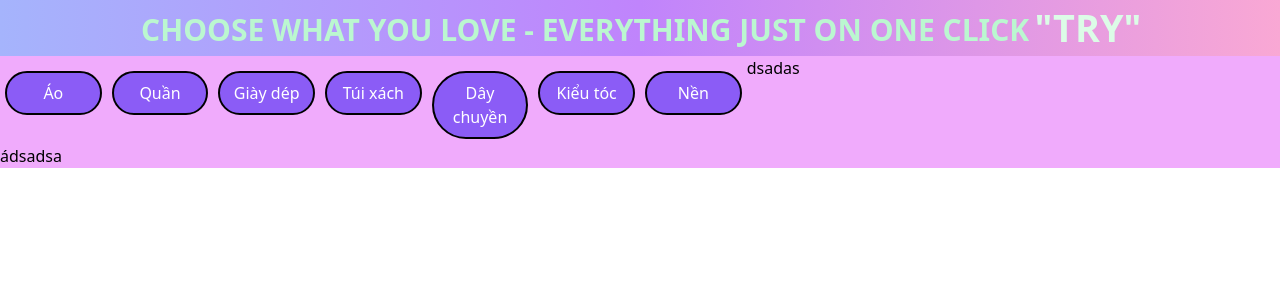
Repository: NguyenVietPhuQuy/ReactJs-TailWind-Redux-FunctionHook-ModelDesign
Page: / (app in modeldesign/)
The author's editor kept a copy of each file at every save. The page is drawn from the files as they stood at one save, then again after the next save.
The browser window is 1280 px wide. The pictures show the whole page.
The project was rebuilt for these pictures with package versions that can differ from the ones it lists, and the page was loaded fresh each time. Also part of the build but not shown: modeldesign/src/App.css.

Above is the page before, as saved 2022-11-17 13:41:28.

### modeldesign/public/index.html
<!DOCTYPE html>
<html lang="en">
  <head>
    <meta charset="utf-8" />
    <link rel="icon" href="%PUBLIC_URL%/favicon.ico" />
    <meta name="viewport" content="width=device-width, initial-scale=1" />
    <meta name="theme-color" content="#000000" />
    <meta
      name="description"
      content="Web site created using create-react-app"
    />
    <!--bootstrap-->
    <link rel="stylesheet" href="https://cdnjs.cloudflare.com/ajax/libs/bootstrap/5.2.2/js/bootstrap.min.js">
    <link rel="apple-touch-icon" href="%PUBLIC_URL%/logo192.png" />
    <!--
      manifest.json provides metadata used when your web app is installed on a
      user's mobile device or desktop. See https://developers.google.com/web/fundamentals/web-app-manifest/
    -->
    <link rel="manifest" href="%PUBLIC_URL%/manifest.json" />
    <!--
      Notice the use of %PUBLIC_URL% in the tags above.
      It will be replaced with the URL of the `public` folder during the build.
      Only files inside the `public` folder can be referenced from the HTML.

      Unlike "/favicon.ico" or "favicon.ico", "%PUBLIC_URL%/favicon.ico" will
      work correctly both with client-side routing and a non-root public URL.
      Learn how to configure a non-root public URL by running `npm run build`.
    -->
    <title>React App</title>
  </head>
  <body>
    <noscript>You need to enable JavaScript to run this app.</noscript>
    <div id="root"></div>
    <!--
      This HTML file is a template.
      If you open it directly in the browser, you will see an empty page.

      You can add webfonts, meta tags, or analytics to this file.
      The build step will place the bundled scripts into the <body> tag.

      To begin the development, run `npm start` or `yarn start`.
      To create a production bundle, use `npm run build` or `yarn build`.
    -->
  </body>
</html>

### modeldesign/src/index.js
import React from 'react';
import ReactDOM from 'react-dom/client';
import './index.css';
import App from './App';
import reportWebVitals from './reportWebVitals';
import {Provider} from 'react-redux'
import store from './Components/Reducer/Store';
const root = ReactDOM.createRoot(document.getElementById('root'));
root.render(
  <React.StrictMode>
    <Provider store ={store}>
    <App/>
    </Provider>
  </React.StrictMode>
);

// If you want to start measuring performance in your app, pass a function
// to log results (for example: reportWebVitals(console.log))
// or send to an analytics endpoint. Learn more: https://bit.ly/CRA-vitals
reportWebVitals();

### modeldesign/src/App.js
import React from 'react';
import './App.css';
import Home from './Components/Home.js'
function App() {
  return (
    <div>
      <Home/>
    </div>
  );
}

export default App;

### modeldesign/src/Components/Reducer/Store.js
import {createStore} from "redux"
import rootReducer from "./RootReducer"

const store = createStore(rootReducer,window.__REDUX_DEVTOOLS_EXTENSION__ && window.__REDUX_DEVTOOLS_EXTENSION__())
export default store

### modeldesign/src/Components/Home.js
import React from "react";
import Header from './Header.js'
import Category from "./Category.js";
import ProductList from "./ProductList.js";
import Model from "./Model.js";
function Home() {
    return (
        <div className="container mx-auto relative bg-fuchsia-300">
            <section className=
            " bg-gradient-to-r from-indigo-300 via-purple-400 to-pink-300 w-full ring-2 ring-transparent">
                    <Header/>
            </section>
            <section className="main flex flex-row">
                <div className="basis-7/12">
                    <Category/>
                    <ProductList/>
                </div>
                <div className="basis-5/12">
                    <Model />
                </div>
            </section>
        </div>
    )
}
export default Home

### modeldesign/src/Components/Reducer/RootReducer.js
import { combineReducers } from "redux";
import ProductReducer from './ProductReducer'
import CategoryReducer from './CategoryReducer'

const RootReducer = combineReducers({
    products: ProductReducer,
    categories: CategoryReducer,

})

export default RootReducer

### modeldesign/src/Components/Header.js
import React from "react";
import 'animate.css'
function Header(){
    return (
        <div className="text-center text-3xl p-2 font-semibold text-green-200 ">
            CHOOSE WHAT YOU LOVE - EVERYTHING JUST ON ONE CLICK <span className="text-green-100 font-bold text-4xl animate__animated animate__pulse animate__infinite inline-block">"TRY" </span>
        </div>
    )
}
export default Header

### modeldesign/src/Components/Category.js
import React from "react";
import { useSelector } from 'react-redux'


function Category(props) {
    const returnValue = useSelector(state => state.categories.category)
    return (
        <div className=" flex flex-row w-full">
            {returnValue.map((item) => {
                return (
                    <div className="w-1/2" style={{marginTop: 10, padding:5}}>
                        <button className="p-2 w-full rounded-full text-white
                         bg-violet-500 hover:bg-violet-600 active:bg-violet-700 focus:outline-none"  style={{ outline:"none",border: "2px solid black"}} >{item.showName}</button>
                    </div>
                )
            })}
        </div>
    )
}

export default Category

### modeldesign/src/Components/ProductList.js
import React from "react";
function ProductList(){
    return(<div>
ádsadsa
    </div>)
}
export default ProductList

### modeldesign/src/Components/Model.js
import React from "react";
function Model(){
    return(<div>
        dsadas
    </div>)
}
export default Model

### modeldesign/src/Components/Reducer/ProductReducer.js

const initialState = {
    product: [{
        id: 'topcloth_1',
        type: "topclothes",
        name: "Top Cloth 1",
        desc: "Lorem ipsum dolor, sit amet consectetur adipisicing elit. Aliquid, nulla.",
        imgSrc_jpg: 'images/clothes/topcloth1_show.jpg',
        imgSrc_png: 'images/clothes/topcloth1.png',
    },
    {
        id: 'topcloth_2',
        type: "topclothes",
        name: "Top Cloth 2",
        desc: "Lorem ipsum dolor, sit amet consectetur adipisicing elit. Aliquid, nulla.",
        imgSrc_jpg: 'images/clothes/topcloth2_show.jpg',
        imgSrc_png: 'images/clothes/topcloth2.png',
    },
    {
        id: 'topcloth_3',
        type: "topclothes",
        name: "Top Cloth 3",
        desc: "Lorem ipsum dolor, sit amet consectetur adipisicing elit. Aliquid, nulla.",
        imgSrc_jpg: 'images/clothes/topcloth3_show.jpg',
        imgSrc_png: 'images/clothes/topcloth3.png',
    },
    {
        id: 'topcloth_4',
        type: "topclothes",
        name: "Top Cloth 4",
        desc: "Lorem ipsum dolor, sit amet consectetur adipisicing elit. Aliquid, nulla.",
        imgSrc_jpg: 'images/clothes/topcloth4_show.jpg',
        imgSrc_png: 'images/clothes/topcloth4.png',
    },
    {
        id: 'topcloth_5',
        type: "topclothes",
        name: "Top Cloth 5",
        desc: "Lorem ipsum dolor, sit amet consectetur adipisicing elit. Aliquid, nulla.",
        imgSrc_jpg: 'images/clothes/topcloth5_show.jpg',
        imgSrc_png: 'images/clothes/topcloth5.png',
    },
    {
        id: 'topcloth_6',
        type: "topclothes",
        name: "Top Cloth ",
        desc: "Lorem ipsum dolor, sit amet consectetur adipisicing elit. Aliquid, nulla.",
        imgSrc_jpg: 'images/clothes/topcloth6_show.jpg',
        imgSrc_png: 'images/clothes/topcloth6.png',
    },

    // Both clothes
    {
        id: 'botcloth_1',
        type: "botclothes",
        name: "Bot Cloth 1",
        desc: "Lorem ipsum dolor, sit amet consectetur adipisicing elit. Aliquid, nulla.",
        imgSrc_jpg: 'images/clothes/botcloth1_show.jpg',
        imgSrc_png: 'images/clothes/botcloth1.png',
    },
    {
        id: 'botcloth_2',
        type: "botclothes",
        name: "Bot Cloth 2",
        desc: "Lorem ipsum dolor, sit amet consectetur adipisicing elit. Aliquid, nulla.",
        imgSrc_jpg: 'images/clothes/botcloth2_show.jpg',
        imgSrc_png: 'images/clothes/botcloth2.png',
    },
    {
        id: 'botcloth_3',
        type: "botclothes",
        name: "Bot Cloth 3",
        desc: "Lorem ipsum dolor, sit amet consectetur adipisicing elit. Aliquid, nulla.",
        imgSrc_jpg: 'images/clothes/botcloth3_show.jpg',
        imgSrc_png: 'images/clothes/botcloth3.png',
    },
    {
        id: 'botcloth_4',
        type: "botclothes",
        name: "Bot Cloth 4",
        desc: "Lorem ipsum dolor, sit amet consectetur adipisicing elit. Aliquid, nulla.",
        imgSrc_jpg: 'images/clothes/botcloth4_show.jpg',
        imgSrc_png: 'images/clothes/botcloth4.png',
    },
    {
        id: 'botcloth_5',
        type: "botclothes",
        name: "Bot Cloth 5",
        desc: "Lorem ipsum dolor, sit amet consectetur adipisicing elit. Aliquid, nulla.",
        imgSrc_jpg: 'images/clothes/botcloth5_show.jpg',
        imgSrc_png: 'images/clothes/botcloth5.png',
    },

    // Shoes
    {
        id: 'shoes_1',
        type: "shoes",
        name: "Shoes 1",
        desc: "Lorem ipsum dolor, sit amet consectetur adipisicing elit. Aliquid, nulla.",
        imgSrc_jpg: 'images/shoes/shoes1_show.jpg',
        imgSrc_png: 'images/shoes/shoes1.png',
    },
    {
        id: 'shoes_2',
        type: "shoes",
        name: "Shoes 2",
        desc: "Lorem ipsum dolor, sit amet consectetur adipisicing elit. Aliquid, nulla.",
        imgSrc_jpg: 'images/shoes/shoes2_show.jpg',
        imgSrc_png: 'images/shoes/shoes2.png',
    },
    {
        id: 'shoes_3',
        type: "shoes",
        name: "Shoes 3",
        desc: "Lorem ipsum dolor, sit amet consectetur adipisicing elit. Aliquid, nulla.",
        imgSrc_jpg: 'images/shoes/shoes3_show.jpg',
        imgSrc_png: 'images/shoes/shoes3.png',
    },
    {
        id: 'shoes_4',
        type: "shoes",
        name: "Shoes 4",
        desc: "Lorem ipsum dolor, sit amet consectetur adipisicing elit. Aliquid, nulla.",
        imgSrc_jpg: 'images/shoes/shoes4_show.jpg',
        imgSrc_png: 'images/shoes/shoes4.png',
    },
    {
        id: 'shoes_5',
        type: "shoes",
        name: "Shoes 5",
        desc: "Lorem ipsum dolor, sit amet consectetur adipisicing elit. Aliquid, nulla.",
        imgSrc_jpg: 'images/shoes/shoes5_show.jpg',
        imgSrc_png: 'images/shoes/shoes5.png',
    },

    // Handbags
    {
        id: 'handbag_1',
        type: "handbags",
        name: "Handbag 1",
        desc: "Lorem ipsum dolor, sit amet consectetur adipisicing elit. Aliquid, nulla.",
        imgSrc_jpg: 'images/handbags/handbag1_show.jpg',
        imgSrc_png: 'images/handbags/handbag1.png',
    },
    {
        id: 'handbag_2',
        type: "handbags",
        name: "Handbag 2",
        desc: "Lorem ipsum dolor, sit amet consectetur adipisicing elit. Aliquid, nulla.",
        imgSrc_jpg: 'images/handbags/handbag2_show.jpg',
        imgSrc_png: 'images/handbags/handbag2.png',
    },
    {
        id: 'handbag_3',
        type: "handbags",
        name: "Handbag 3",
        desc: "Lorem ipsum dolor, sit amet consectetur adipisicing elit. Aliquid, nulla.",
        imgSrc_jpg: 'images/handbags/handbag3_show.jpg',
        imgSrc_png: 'images/handbags/handbag3.png',
    },

    // Necklaces
    {
        id: 'necklace_1',
        type: "necklaces",
        name: "Necklace 1",
        desc: "Lorem ipsum dolor, sit amet consectetur adipisicing elit. Aliquid, nulla.",
        imgSrc_jpg: 'images/necklaces/necklace1_show.jpg',
        imgSrc_png: 'images/necklaces/necklace1.png',
    },
    {
        id: 'necklace_2',
        type: "necklaces",
        name: "Necklace 2",
        desc: "Lorem ipsum dolor, sit amet consectetur adipisicing elit. Aliquid, nulla.",
        imgSrc_jpg: 'images/necklaces/necklace2_show.jpg',
        imgSrc_png: 'images/necklaces/necklace2.png',
    },
    {
        id: 'necklace_3',
        type: "necklaces",
        name: "Necklace 3",
        desc: "Lorem ipsum dolor, sit amet consectetur adipisicing elit. Aliquid, nulla.",
        imgSrc_jpg: 'images/necklaces/necklace3_show.jpg',
        imgSrc_png: 'images/necklaces/necklace3.png',
    },

    // Hairstyle
    {
        id: 'hairstyle_1',
        type: "hairstyle",
        name: "Hairstyle 1",
        desc: "Lorem ipsum dolor, sit amet consectetur adipisicing elit. Aliquid, nulla.",
        imgSrc_jpg: 'images/hairstyle/hairstyle1_show.jpg',
        imgSrc_png: 'images/hairstyle/hairstyle1.png',
    },
    {
        id: 'hairstyle_2',
        type: "hairstyle",
        name: "Hairstyle 2",
        desc: "Lorem ipsum dolor, sit amet consectetur adipisicing elit. Aliquid, nulla.",
        imgSrc_jpg: 'images/hairstyle/hairstyle2_show.jpg',
        imgSrc_png: 'images/hairstyle/hairstyle2.png',
    },
    {
        id: 'hairstyle_3',
        type: "hairstyle",
        name: "Hairstyle 3",
        desc: "Lorem ipsum dolor, sit amet consectetur adipisicing elit. Aliquid, nulla.",
        imgSrc_jpg: 'images/hairstyle/hairstyle3_show.jpg',
        imgSrc_png: 'images/hairstyle/hairstyle3.png',
    },

    // Background
    {
        id: 'background_1',
        type: "background",
        name: "Background 1",
        desc: "Lorem ipsum dolor, sit amet consectetur adipisicing elit. Aliquid, nulla.",
        imgSrc_jpg: 'images/background/background1_show.jpg',
        imgSrc_png: 'images/background/background1.jpg',
    },
    {
        id: 'background_2',
        type: "background",
        name: "Background 2",
        desc: "Lorem ipsum dolor, sit amet consectetur adipisicing elit. Aliquid, nulla.",
        imgSrc_jpg: 'images/background/background2_show.jpg',
        imgSrc_png: 'images/background/background2.jpg',
    },
    {
        id: 'background_3',
        type: "background",
        name: "Background 3",
        desc: "Lorem ipsum dolor, sit amet consectetur adipisicing elit. Aliquid, nulla.",
        imgSrc_jpg: 'images/background/background3_show.jpg',
        imgSrc_png: 'images/background/background3.jpg',
    },
    {
        id: 'background_4',
        type: "background",
        name: "Background 4",
        desc: "Lorem ipsum dolor, sit amet consectetur adipisicing elit. Aliquid, nulla.",
        imgSrc_jpg: 'images/background/background4_show.jpg',
        imgSrc_png: 'images/background/background4.jpg',
    },
    {
        id: 'background_5',
        type: "background",
        name: "Background 5",
        desc: "Lorem ipsum dolor, sit amet consectetur adipisicing elit. Aliquid, nulla.",
        imgSrc_jpg: 'images/background/background5_show.jpg',
        imgSrc_png: 'images/background/background5.jpg',
    },
    {
        id: 'background_6',
        type: "background",
        name: "Background 6",
        desc: "Lorem ipsum dolor, sit amet consectetur adipisicing elit. Aliquid, nulla.",
        imgSrc_jpg: 'images/background/background6_show.jpg',
        imgSrc_png: 'images/background/background6.jpg',
    },
    {
        id: 'background_7',
        type: "background",
        name: "Background 7",
        desc: "Lorem ipsum dolor, sit amet consectetur adipisicing elit. Aliquid, nulla.",
        imgSrc_jpg: 'images/background/background7_show.jpg',
        imgSrc_png: 'images/background/background7.jpg',
    },
    ],
}
const ProductReducer = (state = initialState) => {
    return state
}

export default ProductReducer

### modeldesign/src/Components/Reducer/CategoryReducer.js
const initialState ={
    category: [
        { tabName: 'tabTopClothes', showName: 'Áo', type: 'topclothes' },
        { tabName: 'tabBotClothes', showName: 'Quần', type: 'botclothes' },
        { tabName: 'tabShoes', showName: 'Giày dép', type: 'shoes' },
        { tabName: 'tabHandBags', showName: 'Túi xách', type: 'handbags' },
        { tabName: 'tabNecklaces', showName: 'Dây chuyền', type: 'necklaces' },
        { tabName: 'tabHairStyle', showName: 'Kiểu tóc', type: 'hairstyle' },
        { tabName: 'tabBackground', showName: 'Nền', type: 'background' }
    ]
}
const CategoryReducer = (state=initialState) =>{
    return state
}
export default CategoryReducer

Loaded but not shown: modeldesign/src/index.css (common file); modeldesign/src/reportWebVitals.js (common file); modeldesign/tailwind.config.js (common file)

After the next save:
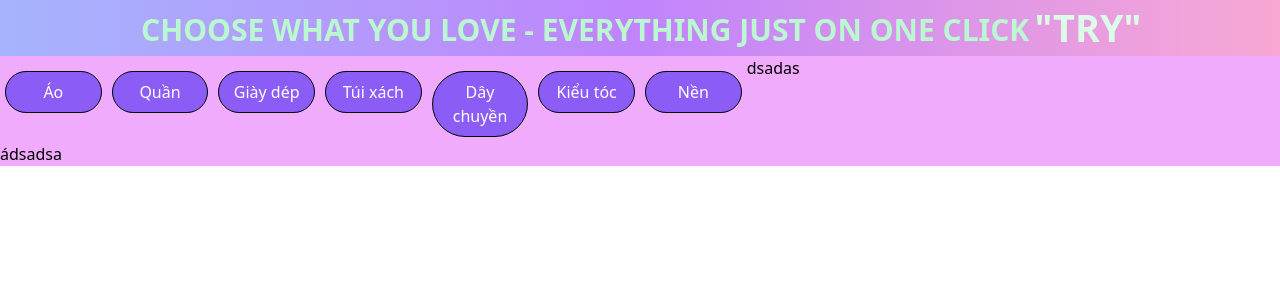
Saved 12 s later.
--- a/modeldesign/src/Components/Category.js
+++ b/modeldesign/src/Components/Category.js
@@ -10,7 +10,7 @@ function Category(props) {
                 return (
                     <div className="w-1/2" style={{marginTop: 10, padding:5}}>
                         <button className="p-2 w-full rounded-full text-white
-                         bg-violet-500 hover:bg-violet-600 active:bg-violet-700 focus:outline-none"  style={{ outline:"none",border: "2px solid black"}} >{item.showName}</button>
+                         bg-violet-500 hover:bg-violet-600 active:bg-violet-700 focus:outline-none"  style={{ outline:"none",border: "1px solid black"}} >{item.showName}</button>
                     </div>
                 )
             })}
